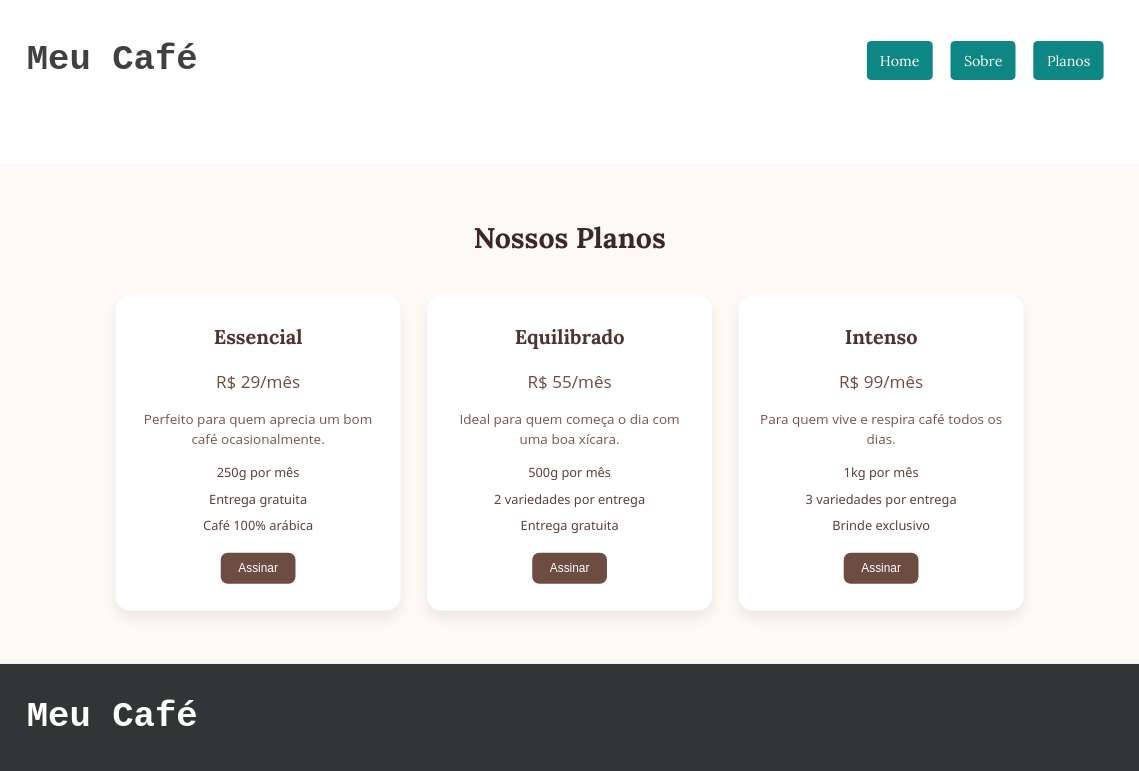
Repository: meiotera/meu_cafe.dev
Page: /planos
These files come from the project's save history. The page is drawn as it stood at one moment and after the next save; the edit follows.
The browser window is 1280 px wide. The pictures show the whole page, at 89% of full size.
The project was rebuilt for these pictures with package versions that can differ from the ones it lists, and the page was loaded fresh each time. Also part of the build but not shown: vite.config.js, src/Pages/Home.module.css, src/components/Card/Card.module.css, src/components/Card/Card.jsx, src/Pages/Home.jsx, src/Pages/AboutUs.module.css, src/Pages/AboutUs.jsx.

Above is the page before, as saved 2025-04-04 15:24:15.

### src/index.css
@import url('https://fonts.googleapis.com/css2?family=Lora:wght@400;700&display=swap');

:root {
  font-family: 'Lora', sans-serif;
  line-height: 1.5;
  font-weight: 400;
  box-sizing: border-box; /* Mantido */

  color: rgba(255, 255, 255, 0.87);

  font-synthesis: none;
  text-rendering: optimizeLegibility;
  -webkit-font-smoothing: antialiased;
  -moz-osx-font-smoothing: grayscale;
}

a {
  font-weight: 500;
  color: #646cff;
  text-decoration: inherit;
}
a:hover {
  color: #535bf2;
}

h1,
h2,
h3 {
  font-family: 'Lora', sans-serif;
  color: rgba(50, 49, 49, 0.93);
  margin: 0; /* Removido o margin */
}

p {
  font-family: 'Open Sans', sans-serif;
}

body {
  max-width: 1280px;
  margin: 0 auto;
}

### src/App.jsx
import React from 'react';
import { BrowserRouter, Routes, Route } from 'react-router-dom';

import Home from './Pages/Home';
import AboutUs from './Pages/AboutUs';
import YourPlane from './Pages/YourPlane';

import Header from './components/Header/Header';
import Main from './components/Main/Main';
import Footer from './components/Footer/Footer';

function App() {
  return (
    <>
      <BrowserRouter>
        <Header />

        <Main>
          <Routes>
            <Route path="/" element={<Home />} />
            <Route path="/sobre" element={<AboutUs />} />
            <Route path="planos" element={<YourPlane />} />
          </Routes>
        </Main>

        <Footer />
      </BrowserRouter>
    </>
  );
}

export default App;

### src/Pages/YourPlane.jsx
import React from 'react';
import styles from './YourPlane.module.css';

const planos = [
  {
    nome: 'Essencial',
    preco: 'R$ 29/mês',
    descricao: 'Perfeito para quem aprecia um bom café ocasionalmente.',
    detalhes: ['250g por mês', 'Entrega gratuita', 'Café 100% arábica'],
  },
  {
    nome: 'Equilibrado',
    preco: 'R$ 55/mês',
    descricao: 'Ideal para quem começa o dia com uma boa xícara.',
    detalhes: ['500g por mês', '2 variedades por entrega', 'Entrega gratuita'],
  },
  {
    nome: 'Intenso',
    preco: 'R$ 99/mês',
    descricao: 'Para quem vive e respira café todos os dias.',
    detalhes: ['1kg por mês', '3 variedades por entrega', 'Brinde exclusivo'],
  },
];

const YourPlane = () => {
  return (
    <>
      Banner titulo={'Um ótimo café de forma simples'}
      imagem={'artesanal'}
      texto=
      {
        'Inicie seus dias com os melhores cafés. Cafés selecionados entregues diretamente na sua casa e no seu horário'
      }
      botao={'Criar plano'}
      />
      <section className={styles.planos}>
        <h2>Nossos Planos</h2>
        <div className={styles.container}>
          {planos.map((plano, index) => (
            <div key={index} className={styles.card}>
              <h3>{plano.nome}</h3>
              <p className={styles.preco}>{plano.preco}</p>
              <p className={styles.descricao}>{plano.descricao}</p>
              <ul>
                {plano.detalhes.map((item, idx) => (
                  <li key={idx}>{item}</li>
                ))}
              </ul>
              <button>Assinar</button>
            </div>
          ))}
        </div>
      </section>
    </>
  );
};

export default YourPlane;

### src/components/Header/Header.jsx
import React from 'react';

import styles from './Header.module.css';
import NavBar from '../NavBar/NavBar';
import Banner from '../Banner/Banner';

const Header = () => {
  return (
    <header className={styles.header}>
      <h1 className={styles.titulo}>Meu Café</h1>

      <NavBar />
    </header>
  );
};

export default Header;

### src/components/Main/Main.jsx
import React from 'react';

const Main = ({ children }) => {
  return <main>{children}</main>;
};

export default Main;

### src/components/Footer/Footer.jsx
import React from 'react';
import styles from './Footer.module.css';

const Footer = () => {
  return (
    <footer className={styles.footer}>
      <h1 className={styles.titulo}>Meu Café</h1>
    </footer>
  );
};

export default Footer;

### src/Pages/YourPlane.module.css
.planos {
  padding: 60px 20px;
  background-color: #fdfaf6;
  text-align: center;
  font-family: 'Segoe UI', sans-serif;
}

.planos h2 {
  font-size: 2rem;
  color: #3e2723;
  margin-bottom: 40px;
}

.container {
  display: flex;
  flex-wrap: wrap;
  gap: 30px;
  justify-content: center;
}

.card {
  background-color: #fff;
  border-radius: 16px;
  box-shadow: 0 8px 16px rgba(0, 0, 0, 0.08);
  padding: 30px 20px;
  width: 280px;
  transition: transform 0.3s ease;
}

.card:hover {
  transform: translateY(-5px);
}

.card h3 {
  font-size: 1.4rem;
  color: #4e342e;
  margin-bottom: 10px;
}

.preco {
  font-size: 1.2rem;
  color: #6d4c41;
  margin-bottom: 10px;
}

.descricao {
  font-size: 0.95rem;
  color: #795548;
  margin-bottom: 15px;
}

.card ul {
  list-style: none;
  padding: 0;
  margin-bottom: 20px;
}

.card ul li {
  margin: 8px 0;
  font-size: 0.9rem;
  color: #5d4037;
}

.card button {
  background-color: #6d4c41;
  color: #fff;
  border: none;
  border-radius: 8px;
  padding: 10px 20px;
  cursor: pointer;
  transition: background 0.3s ease;
}

.card button:hover {
  background-color: #4e342e;
}

### src/components/Header/Header.module.css
.header {
  height: max-content;
  color: rgba(50, 49, 49, 0.93);

  padding: 30px;
  display: flex;
  flex-wrap: wrap;
  justify-content: center;
  align-items: center;
}

.titulo {
  font-size: 2.5em;
  font-family: 'Courier New', Courier, monospace;
  font-weight: bold;
}

@media screen and (min-width: 548px) {
  .header {
    justify-content: space-between;
  }
}

### src/components/NavBar/NavBar.jsx
import React from 'react';
import { NavLink } from 'react-router-dom';

import styles from './NavBar.module.css';

const NavBar = () => {
  return (
    <nav className={styles.navbar}>
      <ul>
        <li>
          <NavLink to={'/'}>Home</NavLink>
        </li>
        <li>
          <NavLink to={'/sobre'}>Sobre</NavLink>
        </li>
        <li>
          <NavLink to={'/planos'}> Planos</NavLink>
        </li>
      </ul>
    </nav>
  );
};
export default NavBar;

### src/components/Footer/Footer.module.css
.titulo {
  font-size: 2.5em;
  font-family: 'Courier New', Courier, monospace;
  font-weight: bold;
  color: #fff;
}

.footer {
  padding: 30px;
  background-color: rgb(50, 53, 53);
}

### src/components/NavBar/NavBar.module.css
.navbar ul {
  display: flex;
  padding: 0;
  justify-content: space-between;
}

.navbar li {
  list-style: none;
  margin: 10px;
}

.navbar a {
  padding: 12px 15px;
  background-color: #0e8784;
  border-radius: 5px;
  color: #fefcf7;
}

.navbar a:hover {
  background-color: #189b99;
}

### src/components/Banner/Banner.jsx
import React from 'react';

import styles from './Banner.module.css';

const Banner = ({ titulo, texto, botao }) => {
  return (
    <div className={styles.banner}>
      <div className={styles.containerText}>
        <h2>{titulo}</h2>

        <p>{texto}</p>
        {botao && <button className={styles.button}>{botao}</button>}
      </div>
    </div>
  );
};

export default Banner;

### src/components/Banner/Banner.module.css
.banner {
  background-image: url('../../../public/img/artesanal.png'),
    linear-gradient(to left, #453122, #080402);

  background-repeat: no-repeat;
  background-position: right;
  display: flex;

  justify-content: space-between;
  align-items: center;
  padding: 30px 50px;
  border-radius: 10px;
}

.containerText {
  color: #fefcf7;
  max-width: 50%;
  padding: 20px 0;
}

.containerText h2 {
  font-size: 3.5em;
  line-height: 1;
}

.button {
  border: none;
  background-color: #0e8784;
  border-radius: 5px;
  padding: 12px 15px;
  color: #fefcf7;
  font-weight: bold;
  font-size: 18px;
  cursor: pointer;
  margin-top: 20px;
  transition: ease-in-out 0.2s;
}

.button:hover {
  background-color: #189b99;
}

@media screen and (max-width: 820px) {
  .containerText {
    max-width: 500px;
  }
}

Loaded but not shown: index.html (common file); src/main.jsx (common file)

After the next save:
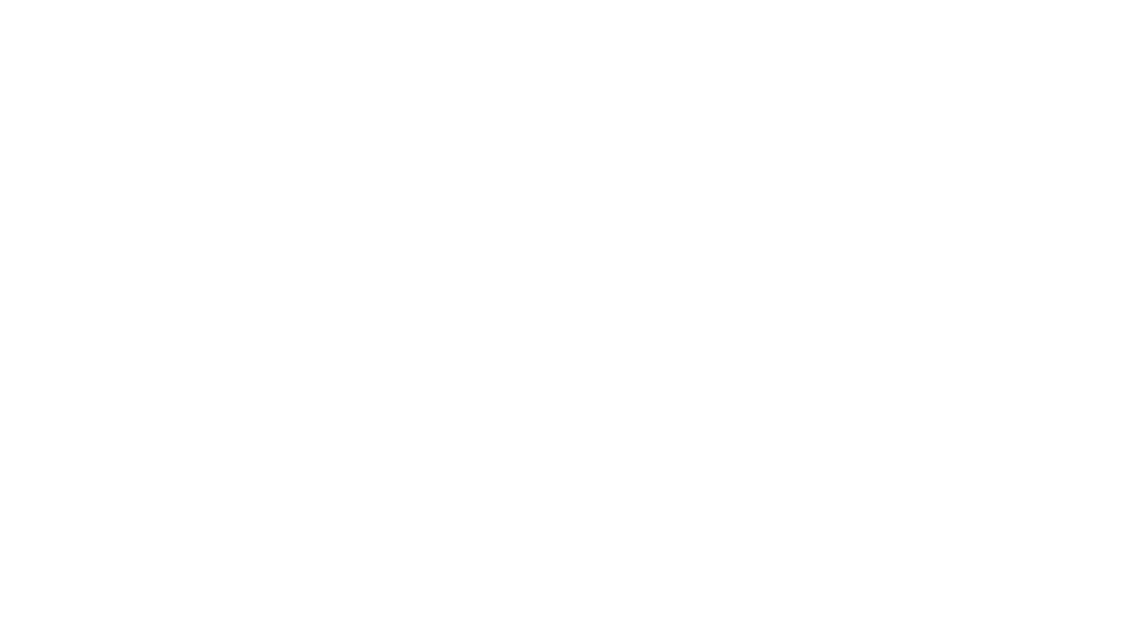
Console error: ReferenceError: Banner is not defined
Saved 18 s later.
--- a/src/Pages/YourPlane.jsx
+++ b/src/Pages/YourPlane.jsx
@@ -25,13 +25,13 @@ const planos = [
 const YourPlane = () => {
   return (
     <>
-      Banner titulo={'Um ótimo café de forma simples'}
-      imagem={'artesanal'}
-      texto=
-      {
-        'Inicie seus dias com os melhores cafés. Cafés selecionados entregues diretamente na sua casa e no seu horário'
-      }
-      botao={'Criar plano'}
+      <Banner
+        titulo={'Um ótimo café de forma simples'}
+        imagem={'artesanal'}
+        texto={
+          'Inicie seus dias com os melhores cafés. Cafés selecionados entregues diretamente na sua casa e no seu horário'
+        }
+        botao={'Criar plano'}
       />
       <section className={styles.planos}>
         <h2>Nossos Planos</h2>

After the save that followed:
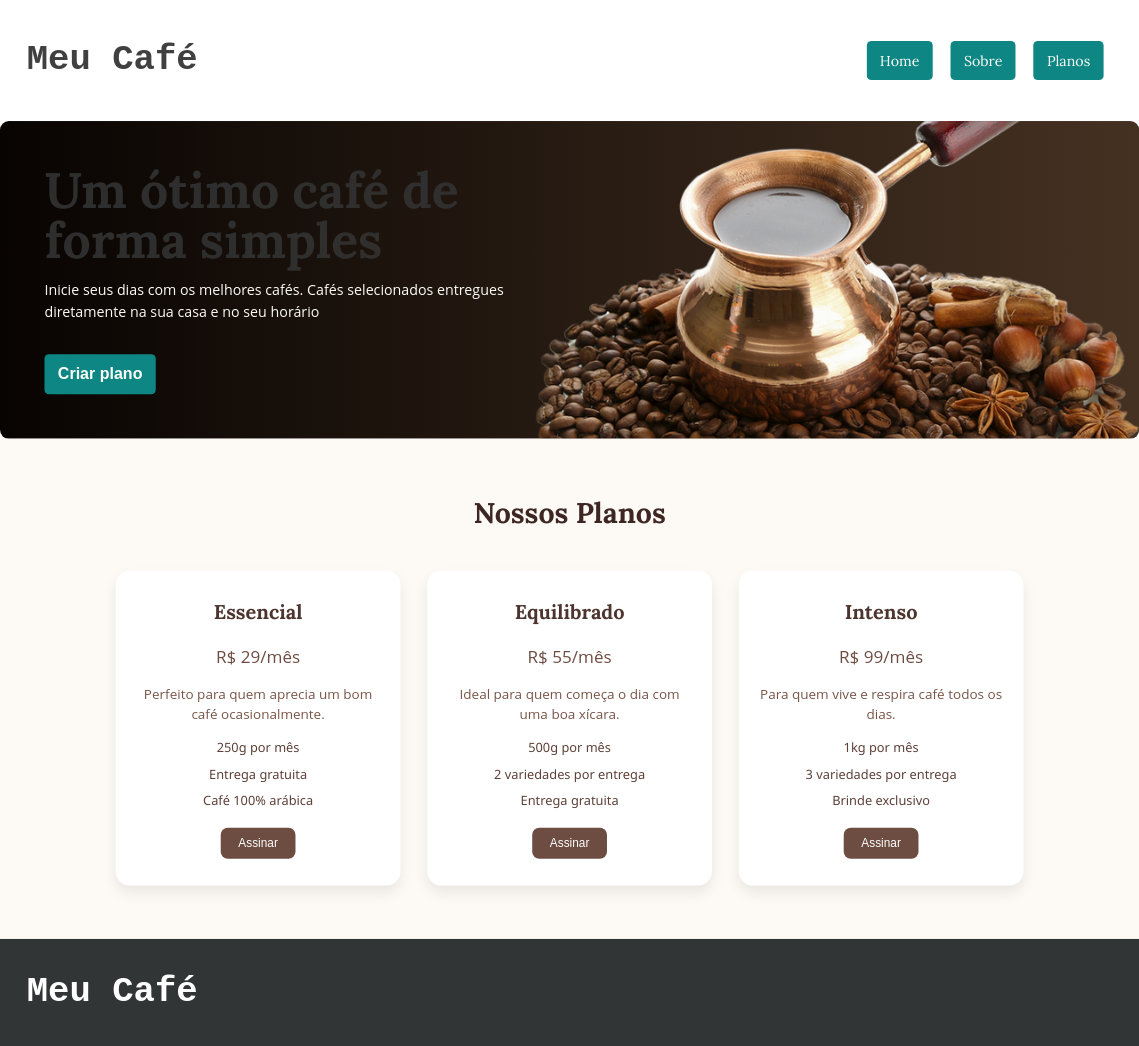
The error is gone.
Saved 14 s later.
--- a/src/Pages/YourPlane.jsx
+++ b/src/Pages/YourPlane.jsx
@@ -1,5 +1,6 @@
 import React from 'react';
 import styles from './YourPlane.module.css';
+import Banner from '../components/Banner/Banner';
 
 const planos = [
   {
